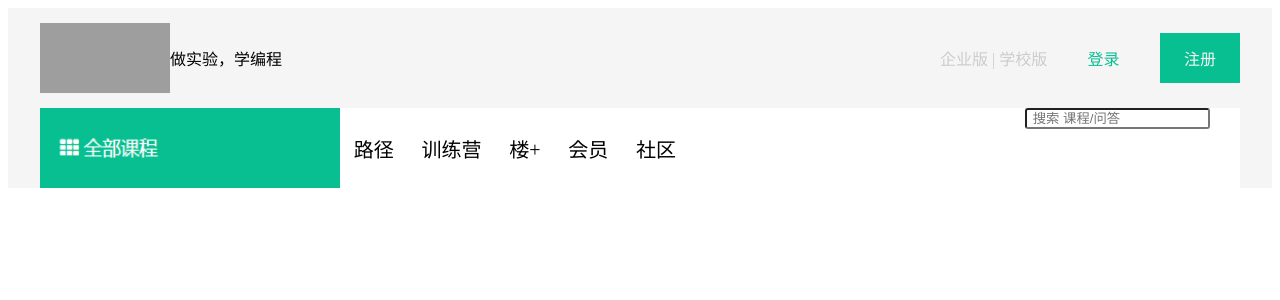
Repository: wuguozheng/xxbb
Page: /
The author's editor kept a copy of each file at every save. The page is drawn from the files as they stood at one save, then again after a run of saves.
The browser window is 1280 px wide. The pictures show the whole page.
Pictures or frames that could not be fetched are drawn as grey boxes. The project was rebuilt for these pictures with package versions that can differ from the ones it lists, and the page was loaded fresh each time.

Above is the page before, as saved 2020-06-01 14:15:11.

After the next 2 saves:
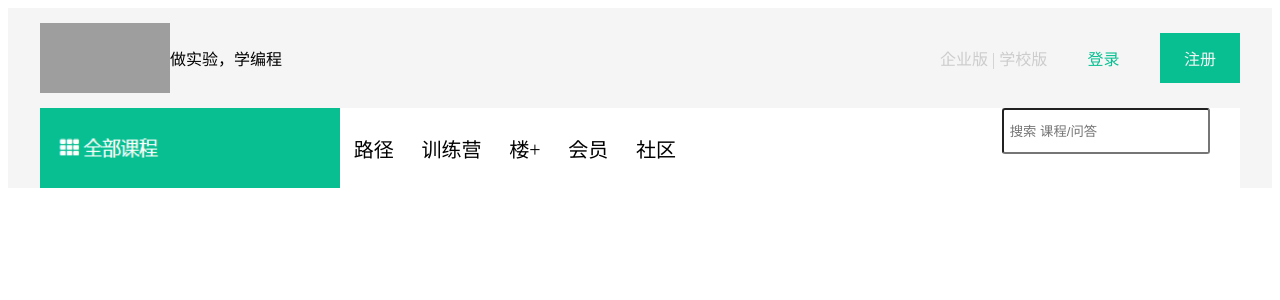
The 2 saves are shown as one change because 1 did not build or start.
The last was saved 43 s later.
--- a/src/components/home/Mxs1.vue
+++ b/src/components/home/Mxs1.vue
@@ -133,6 +133,8 @@ export default {
   right: 30px;
 }
 .run-3 {
+  width: 200px;
+  height: 40px;
   border-radius: 3px;
 }
 </style>
